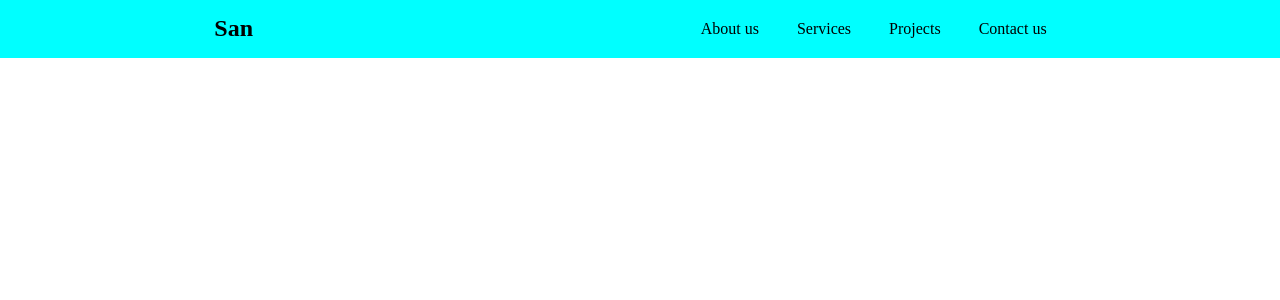
Repository: Meylis7/Sanly-Merkez-Web
Page: main.html
An editor plug-in stored every save of this project. The page is shown before and after the next save, followed by the edit.
The browser window is 1280 px wide. The pictures show the whole page.

Above is the page before, as saved 2022-04-24 13:37:14.

After the next save:
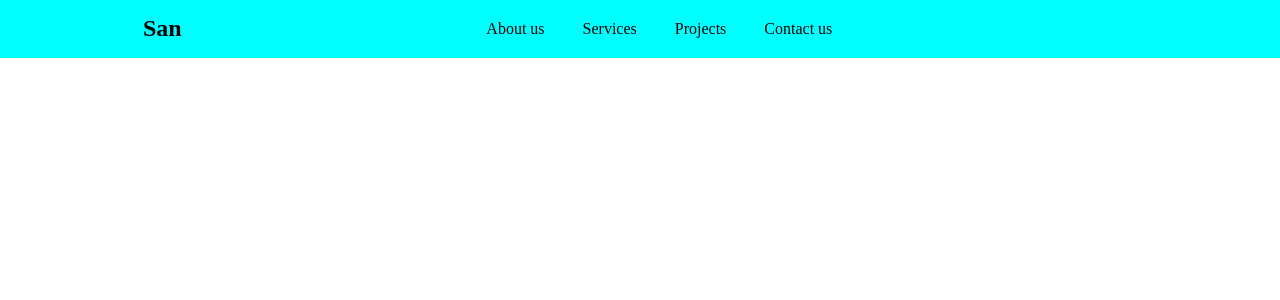
Saved 51 s later.
--- a/main.html
+++ b/main.html
@@ -18,6 +18,11 @@
             <li><a href="#">Projects</a></li>
             <li><a href="#">Contact us</a></li>
         </ul>
+        <div class="burger">
+            <div class="line1"></div>
+            <div class="line2"></div>
+            <div class="line3"></div>
+        </div>
     </nav>
 
 </body>
